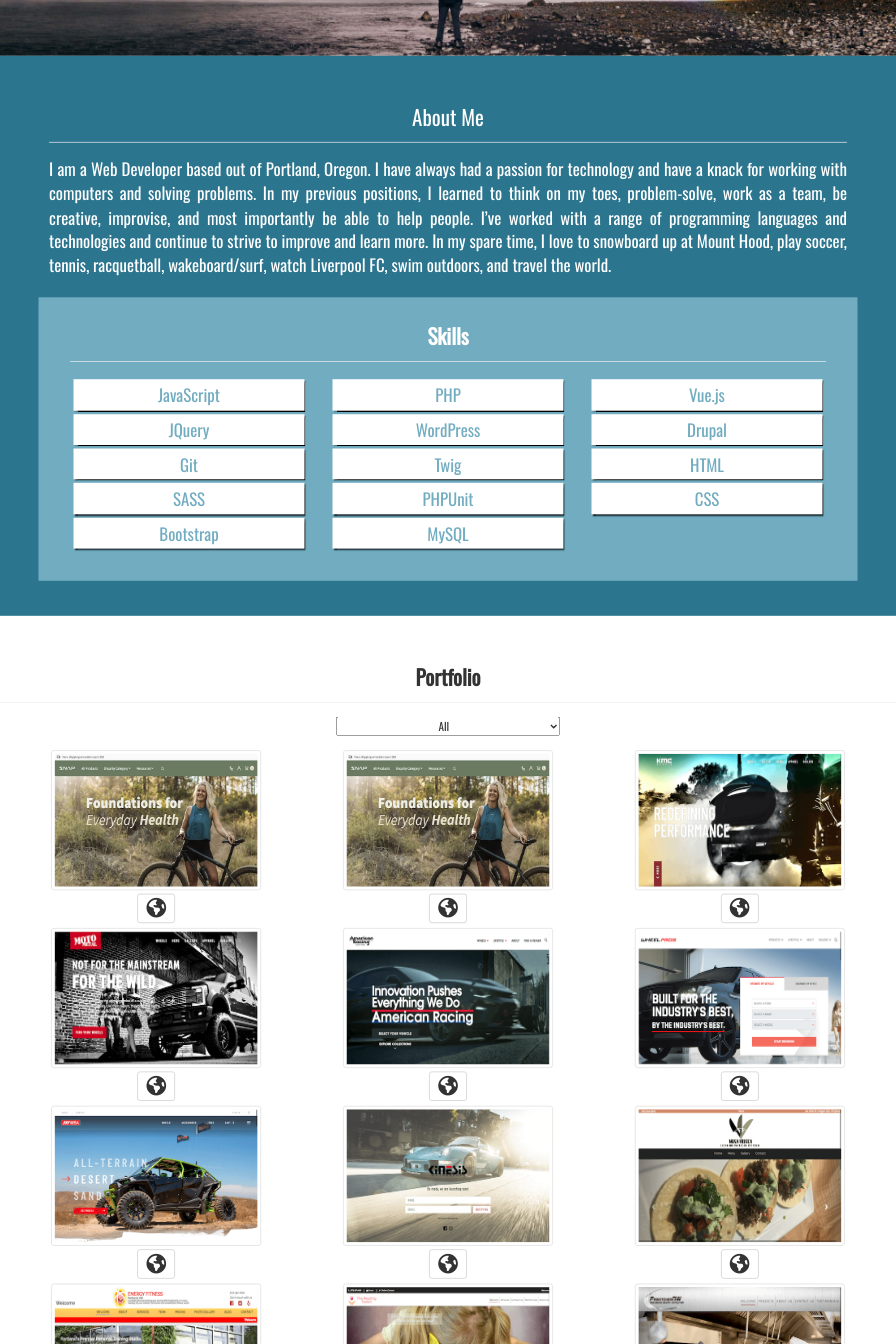
Repository: spburden/portfolio
Page: index.html
The author's editor kept a copy of each file at every save. The page is drawn from the files as they stood at one save, then again after the next save.
The browser window is 1280 px wide. The pictures show the part of the page from y = 704 to 2624 px (the page is 4185 px tall), at 70% of full size.
Some web libraries are served in a nearby version.

Above is the page before, as saved 2019-12-09 23:32:39.

After the next save:
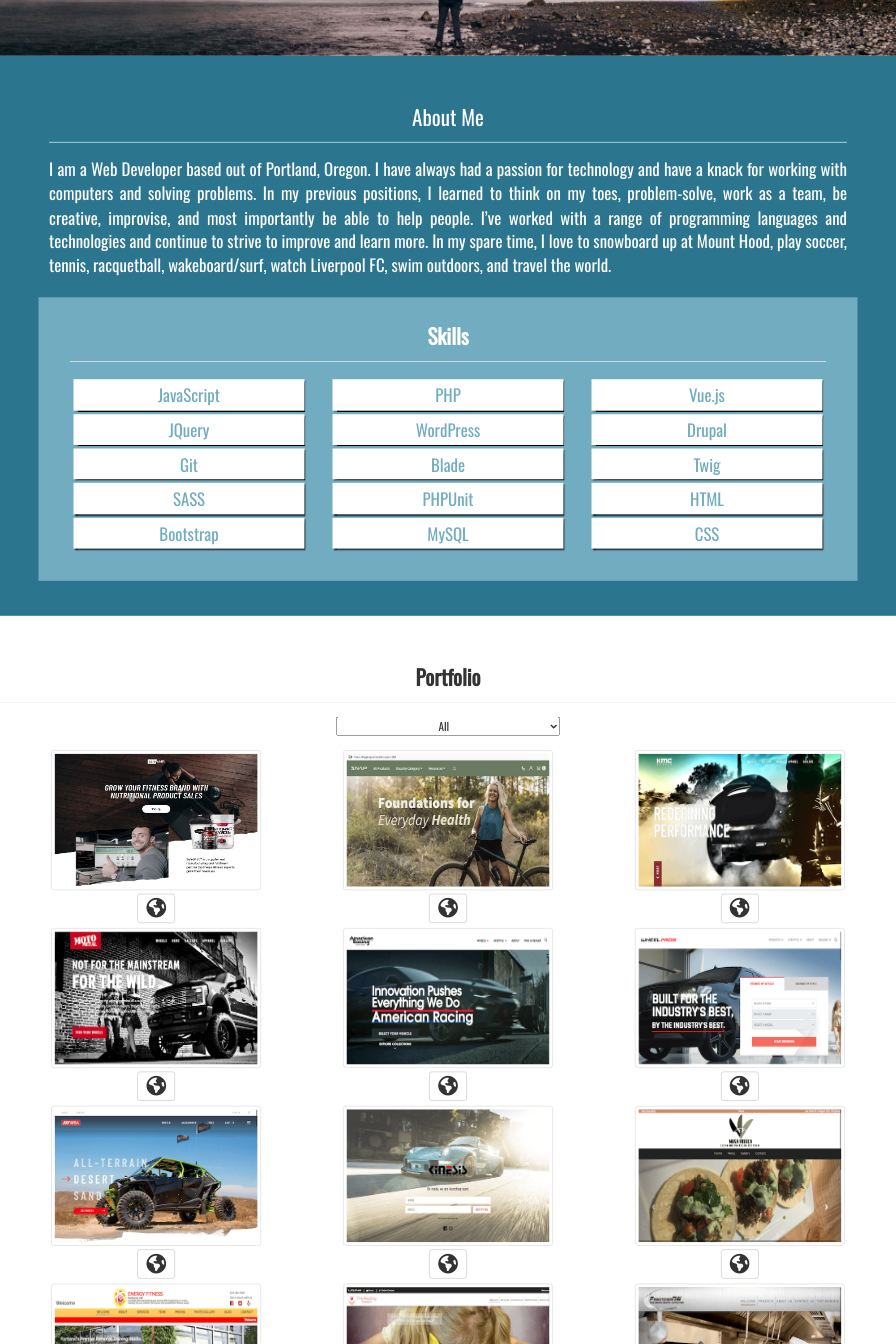
Saved 5 min 16 s later.
--- a/index.html
+++ b/index.html
@@ -89,7 +89,7 @@
             <li>PHP</li>
             <li>WordPress</li>
             <!-- <li>Silex</li> -->
-            <li>Twig</li>
+            <li>Blade</li>
             <li>PHPUnit</li>
             <li>MySQL</li>
           </ul>
@@ -98,7 +98,7 @@
           <ul class="skills">
             <li>Vue.js</li>
             <li>Drupal</li>
-            <!-- <li>Laravel</li> -->
+            <li>Twig</li>
             <li>HTML</li>
             <li>CSS</li>
             <!-- <li>Python</li> -->
@@ -139,7 +139,7 @@
     </div><br>
     <div class="row">
       <div class="col-sm-6 col-md-4 porto js php vue">
-        <a href="http://saleshift.com/"  target="_blank"><img alt="Snap Supplements" class="img-responsive thumbnail center-block screenshot" src="images/snap.jpg"></a>
+        <a href="http://saleshift.com/"  target="_blank"><img alt="Snap Supplements" class="img-responsive thumbnail center-block screenshot" src="images/saleshift.jpg"></a>
         <a class="btn btn-default"  href="https://snapsupplements.com/" target="_blank"><i class="fa fa-globe fa-2x"></i></a>
       </div>
       <div class="col-sm-6 col-md-4 porto js php vue laravel">
